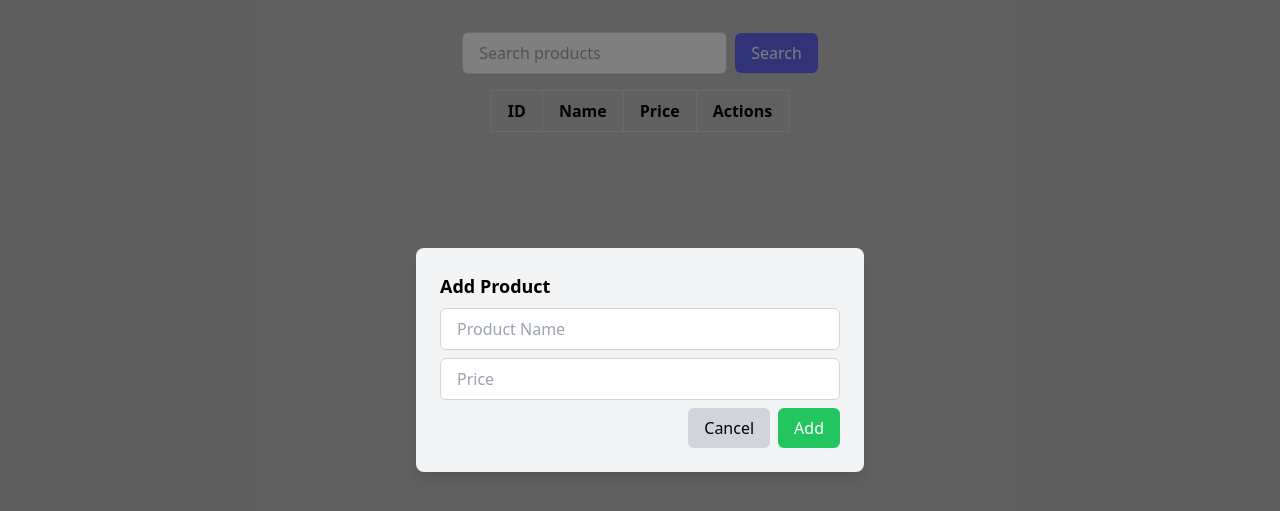
Repository: shaafsalman/product-Management-MERN
Page: /home (app in frontend/)
An editor plug-in stored every save of this project. The page is shown before and after the next save, followed by the edit.
The browser window is 1280 px wide. The pictures show the whole page.
The page's requests for data from a server got no answer. The project was rebuilt for these pictures with package versions that can differ from the ones it lists, and the page was loaded fresh each time. No one was signed in, and anything a server would have sent is missing. Also part of the build but not shown: frontend/vite.config.js, frontend/src/Cards/mesgCard.jsx, frontend/src/Pages/Login.jsx, frontend/src/Pages/SighnUp.jsx, frontend/src/Pages/NoPage.jsx.

Above is the page before, as saved 2024-05-14 01:29:14.

After the next save:
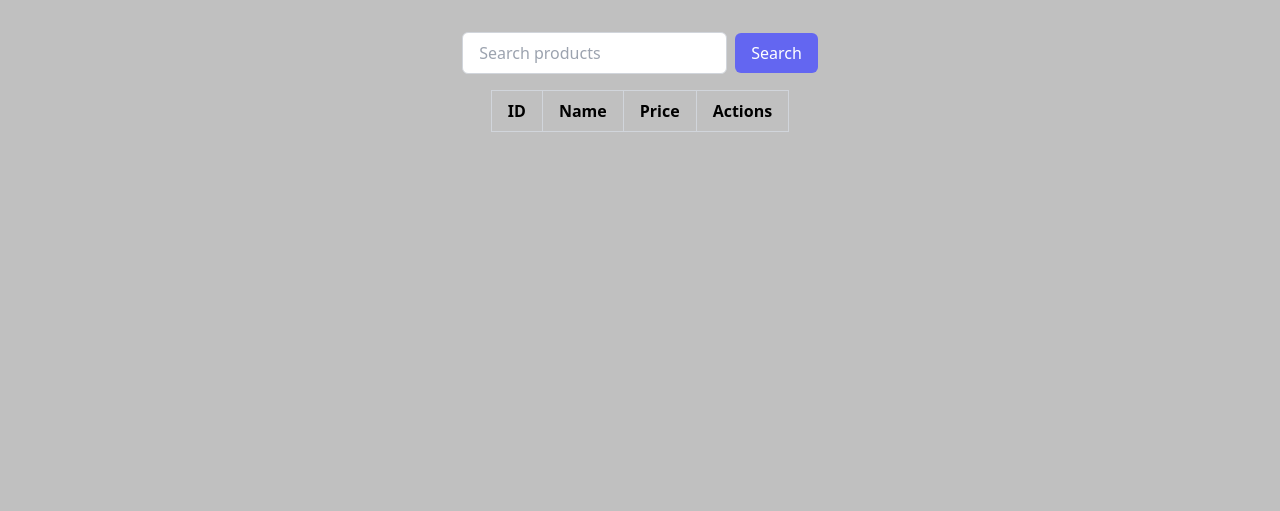
Saved 7 s later.
--- a/frontend/src/Pages/Home.jsx
+++ b/frontend/src/Pages/Home.jsx
@@ -37,7 +37,7 @@ const Home = () => {
   };
   return (
     <div className="flex flex-col items-center mt-8">
-              <AddProduct onAdd={handleAddProduct} />
+      {showAddProduct && <AddProduct onClose={toggleAddProduct} onAdd={handleAddProduct} />} {/* Render the AddProduct component */}
       <div className="mb-4">
         <input
           type="text"
